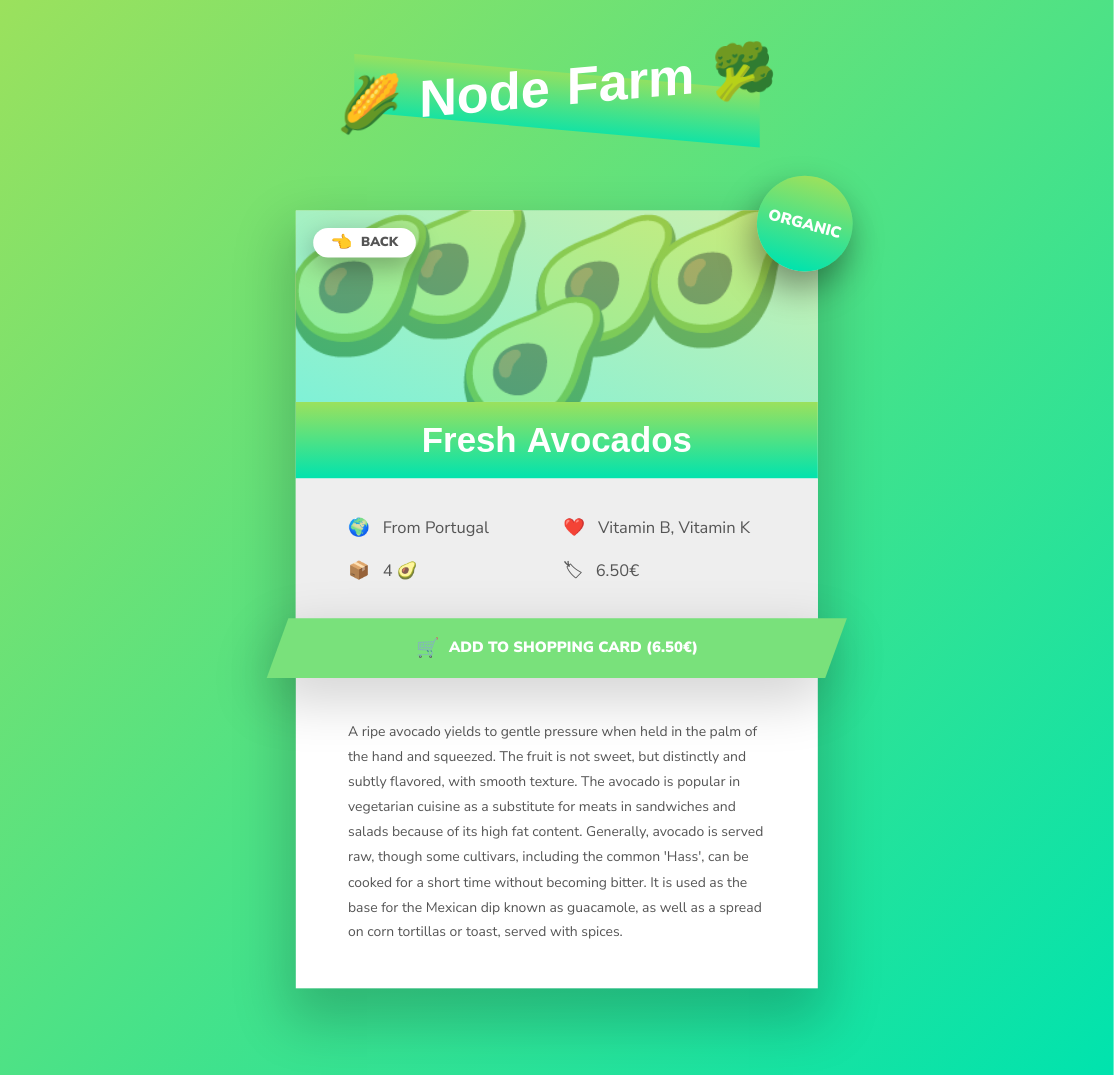
Repository: 13-Joban/Node_Farm_Backend
Page: templates/product.html
An editor plug-in stored every save of this project. The page is shown before and after the next save, followed by the edit.
The browser window is 1280 px wide. The pictures show the whole page, at 87% of full size.
Some web fonts or font styles are not loaded; a fallback is used.

Above is the page before, as saved 2022-07-16 16:58:22.

After the next save:
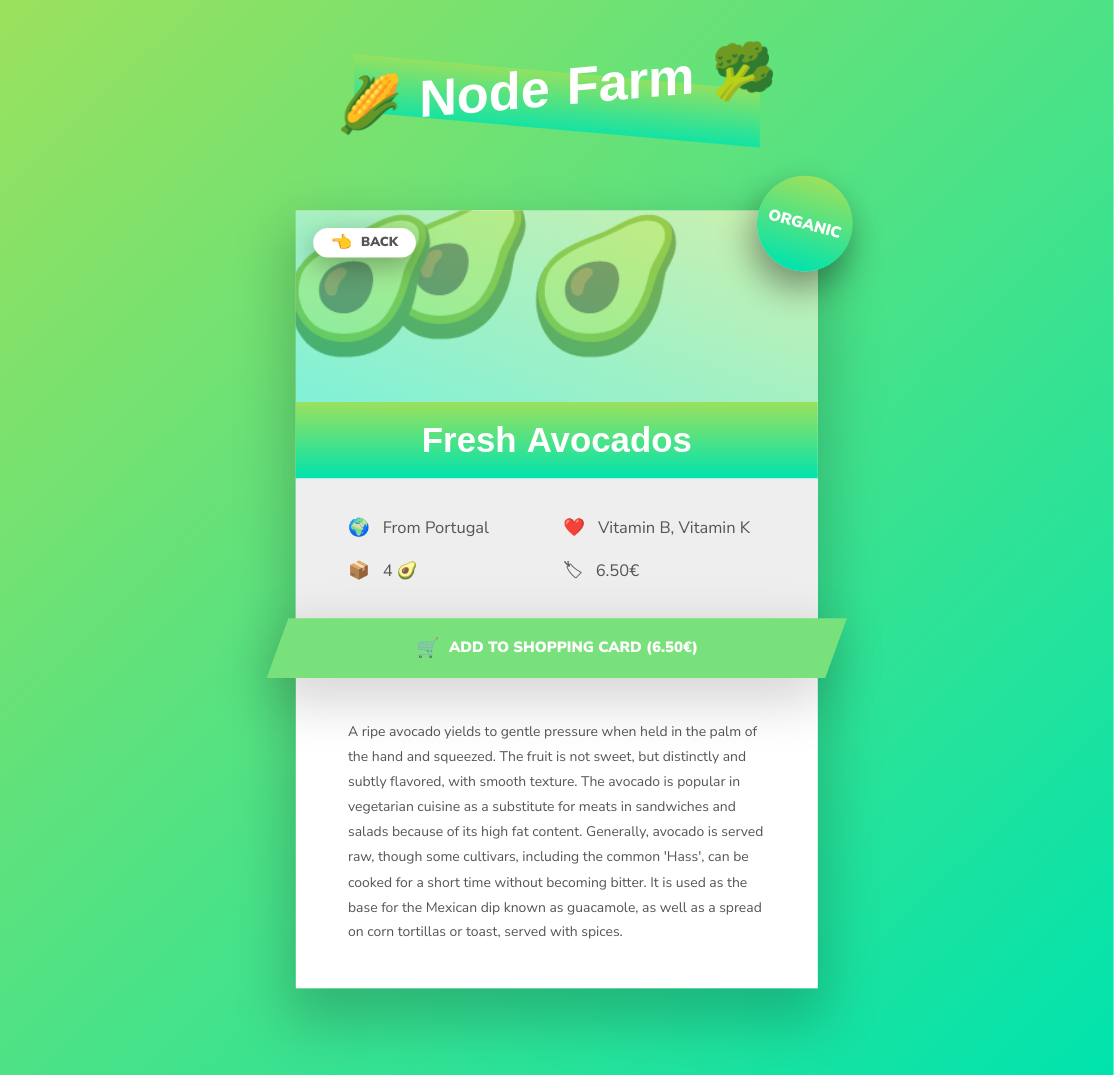
Saved 5 s later.
--- a/templates/product.html
+++ b/templates/product.html
@@ -278,8 +278,8 @@
           <span class="product__emoji product__emoji--1">🥑</span>
           <span class="product__emoji product__emoji--2">🥑</span>
           <span class="product__emoji product__emoji--3">🥑</span>
-          <span class="product__emoji product__emoji--4">🥑</span>
-          <span class="product__emoji product__emoji--5">🥑</span>
+          <span class="product__emoji product__emoji--4"></span>
+          <span class="product__emoji product__emoji--5"></span>
           <span class="product__emoji product__emoji--6"></span>
           <span class="product__emoji product__emoji--7"></span>
           <span class="product__emoji product__emoji--8"></span>
